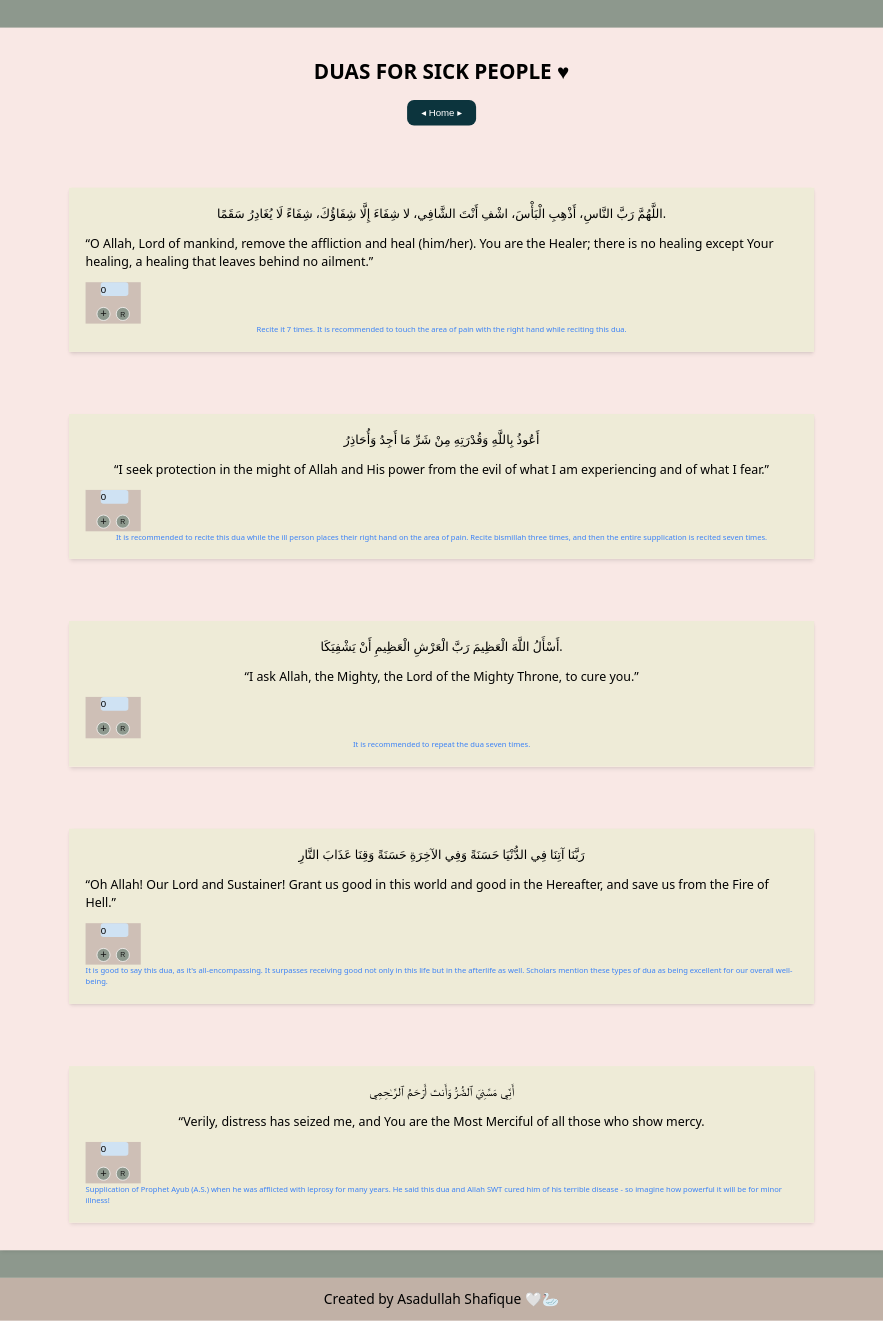
Repository: asadullah48/Duas_Diary
Page: /sick
These files come from the project's save history. The page is drawn as it stood at one moment and after a run of saves; the edit follows.
The browser window is 1280 px wide. The pictures show the whole page, at 69% of full size.
The project was rebuilt for these pictures with package versions that can differ from the ones it lists, and the page was loaded fresh each time. The framework's server and built-in components were replaced by stand-ins that run in the browser. Also part of the build but not shown: next.config.ts.

Above is the page before, as saved 2024-11-30 10:11:24.

### src/app/layout.tsx
import type { Metadata } from "next";
import localFont from "next/font/local";
import "./globals.css";
import Footer from "../components/footer";

const geistSans = localFont({
  src: "./fonts/GeistVF.woff",
  variable: "--font-geist-sans",
  weight: "100 900",
});
const geistMono = localFont({
  src: "./fonts/GeistMonoVF.woff",
  variable: "--font-geist-mono",
  weight: "100 900",
});

export const metadata: Metadata = {
  title: "Create Next App",
  description: "Generated by create next app",
};

export default function RootLayout({
  children,
}: Readonly<{
  children: React.ReactNode;
}>) {
  return (
    <html lang="en">
      <body
        className={`${geistSans.variable} ${geistMono.variable} antialiased`}
      >
        {children}
        <Footer/>
      </body>
    </html>
  );
}

### src/app/sick/page.tsx
import Link from "next/link";
import LightPinkSection from "@/components/props";
import Button from "@/components/button";

export default function Sick() {
  return (
    <div className="w-full h-auto bg-[#8D988D] flex justify-center items-center py-10">
      <div className="w-[95%] lg:w-[1300px] h-auto bg-[#F9E8E5] p-5 lg:p-10 rounded-md shadow-md">
        <div className="font-sans font-bold text-[24px] lg:text-[30px] text-black text-center mb-5">
          DUAS FOR SICK PEOPLE ♥
        </div>
        <Link href="/">
          <button className="bg-[#0c343d] text-white text-[12px] lg:text-[14px] mt-3 mb-5 mx-auto block rounded-[10px] px-5 py-2">
            ◂ Home ▸
          </button>
        </Link>

        {/* Dua Sections */}
        <LightPinkSection
          paragraph="اللَّهُمَّ رَبَّ النَّاسِ، أَذْهِبِ الْبَأْسَ، اشْفِ أَنْتَ الشَّافِي، لا شِفَاءَ إِلَّا شِفَاؤُكَ، شِفَاءً لَا يُغَادِرُ سَقَمًا."
          paragraph2="“O Allah, Lord of mankind, remove the affliction and heal (him/her). You are the Healer; there is no healing except Your healing, a healing that leaves behind no ailment.”"
          buttonText={<Button />}
          note="Recite it 7 times. It is recommended to touch the area of pain with the right hand while reciting this dua."
        />
        <LightPinkSection
          paragraph="أَعُوذُ بِاللَّهِ وَقُدْرَتِهِ مِنْ شَرِّ مَا أَجِدُ وَأُحَاذِرُ"
          paragraph2="“I seek protection in the might of Allah and His power from the evil of what I am experiencing and of what I fear.”"
          buttonText={<Button />}
          note="It is recommended to recite this dua while the ill person places their right hand on the area of pain. Recite bismillah three times, and then the entire supplication is recited seven times."
        />
        <LightPinkSection
          paragraph="أَسْأَلُ اللَّهَ الْعَظِيمَ رَبَّ الْعَرْشِ الْعَظِيمِ أَنْ يَشْفِيَكَا."
          paragraph2="“I ask Allah, the Mighty, the Lord of the Mighty Throne, to cure you.”"
          buttonText={<Button />}
          note="It is recommended to repeat the dua seven times."
        />
        <LightPinkSection
          paragraph="رَبَّنَا آتِنَا فِي الدُّنْيَا حَسَنَةً وَفِي الآخِرَةِ حَسَنَةً وَقِنَا عَذَابَ النَّارِ"
          paragraph2="“Oh Allah! Our Lord and Sustainer! Grant us good in this world and good in the Hereafter, and save us from the Fire of Hell.”"
          buttonText={<Button />}
          note="It is good to say this dua, as it's all-encompassing. It surpasses receiving good not only in this life but in the afterlife as well. Scholars mention these types of dua as being excellent for our overall well-being."
        />
        <LightPinkSection
          paragraph="أَنِّي مَسَّنِيَ ٱلضُّرُّ وَأَنتَ أَرۡحَمُ ٱلرَّـٰحِمِي"
          paragraph2="“Verily, distress has seized me, and You are the Most Merciful of all those who show mercy."
          buttonText={<Button />}
          note="Supplication of Prophet Ayub (A.S.) when he was afflicted with leprosy for many years. He said this dua and Allah SWT cured him of his terrible disease - so imagine how powerful it will be for minor illness!"
        />
      </div>
    </div>
  );
}

### src/components/footer.tsx
// components/Footer.tsx
export default function Footer() {
    return (
      <footer className="w-full bg-[#C1B1A6] py-4">
        <div className="text-center text-black font-sans text-[16px] sm:text-[18px] lg:text-[20px]">
          Created by Asadullah Shafique 🤍🦢
        </div>
      </footer>
    );
  }

### src/components/props.tsx
import { ReactNode } from "react";

type SectionProps = {
  paragraph: string;
  buttonText: ReactNode;
  paragraph2: string;
  note: string; // Allows JSX elements, strings, or components
};

export default function LightPinkSection({
  paragraph,
  buttonText,
  paragraph2,
  note,
}: SectionProps) {
  return (
    <div className="w-[90%] bg-[#ececd3c5] p-6 rounded-lg mx-auto shadow-md mt-[90px]">
      <p className="text-black text-[18px] font-sans mb-4 flex justify-center">
        {paragraph}
      </p>
      <p className="text-black text-[18px] font-sans mb-4 flex justify-center">
        {paragraph2}
      </p>
      <div>{buttonText}</div>
      <p className="text-blue-500 text-[11px] font-sans flex justify-center">
        {note}
      </p>
    </div>
  );
}

### src/components/button.tsx
"use client";

import { useState } from "react";

export default function Button() {
  // hook, event ke against ui ko update krna
  let [count, setcount] = useState(0); //returns array ik element hota hai jese yaha pr 0 hai  ik function aur jo function hota hai woh humari value hoti h
  console.log(count);

  const handleClick = () => {
    setcount(count + 1); //re-renders new value
  };

  const handleReset = () => {
    setcount(0); // reset back to 0
  };

  return (
    <div className="bg-[#CEBFB6] w-[80px] h-[60px] flex flex-col items-center justify-between">
      <p className="text-black w-[40px] flex text-sm bg-[#cfe2f3] rounded ml-1">
        {count}
      </p>

      <div className="flex space-x-2 mt-2">
        <button
          onClick={handleClick}
          className="bg-[#8D988D] w-[20px] h-[20px] px-1 py-1 rounded-full border mt-1 mb-1 border-white flex items-center justify-center text-center"
        >
          +
        </button>

        {/* Reset Button */}
        <button
          onClick={handleReset}
          className="bg-[#8D988D] w-[20px] h-[20px] px-1 py-1 rounded-full border mt-1 mb-1 border-white flex items-center justify-center text-[10px] text-center"
        >
          R
        </button>
      </div>
    </div>
  );
}

Loaded but not shown: src/app/globals.css (common file); tailwind.config.ts (common file)

After the next 2 saves:
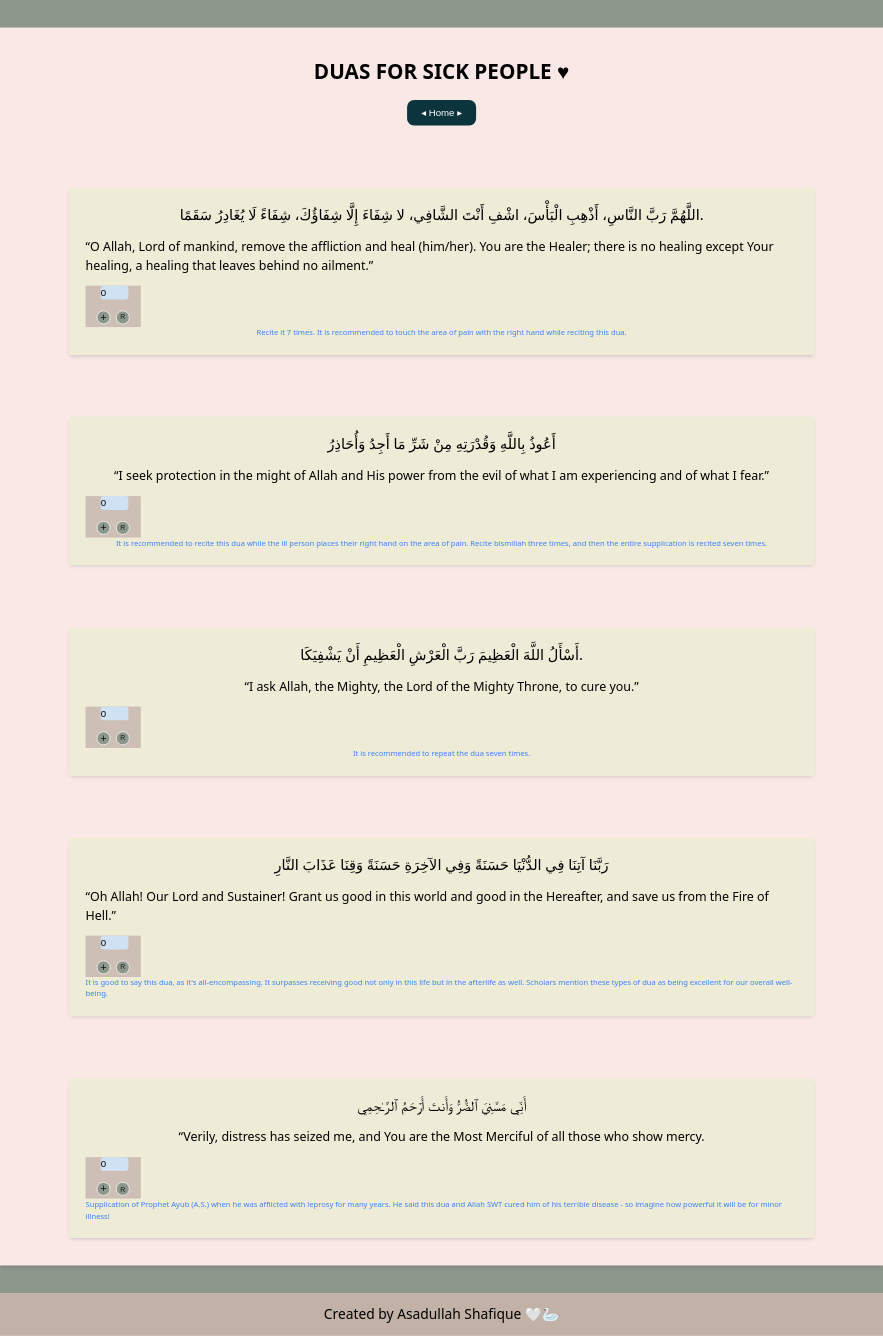
The 2 saves are shown as one change because they came seconds apart.
The last was saved 29 s later.
--- a/src/components/props.tsx
+++ b/src/components/props.tsx
@@ -15,7 +15,7 @@ export default function LightPinkSection({
 }: SectionProps) {
   return (
     <div className="w-[90%] bg-[#ececd3c5] p-6 rounded-lg mx-auto shadow-md mt-[90px]">
-      <p className="text-black text-[18px] font-sans mb-4 flex justify-center">
+      <p className="text-black text-[21px] font-sans mb-4 flex justify-center">
         {paragraph}
       </p>
       <p className="text-black text-[18px] font-sans mb-4 flex justify-center">
